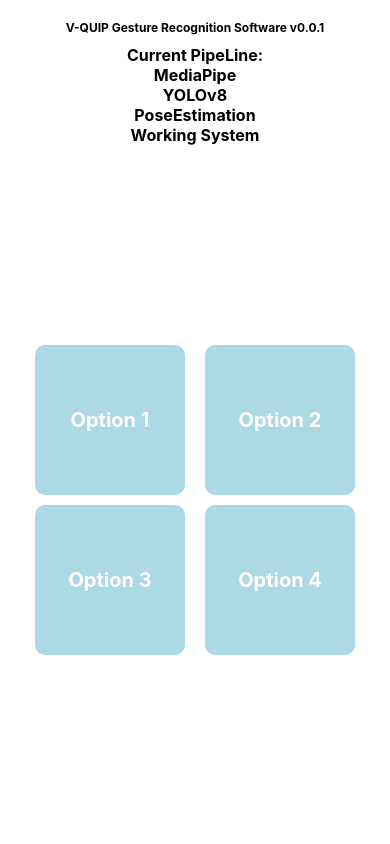
Repository: hajin-park/V-QUIP
Page: / (app in frontend/react-native-app/)
These files come from the project's save history. The page is drawn as it stood at one moment and after the next save; the edit follows.
The browser window is 390 px wide. The pictures show the whole page.
The app was drawn by React Native's web renderer in a window 390 px wide. The project was rebuilt for these pictures with package versions that can differ from the ones it lists, and the page was loaded fresh each time.

Above is the page before, as saved 2024-03-28 20:43:02.

After the next save:
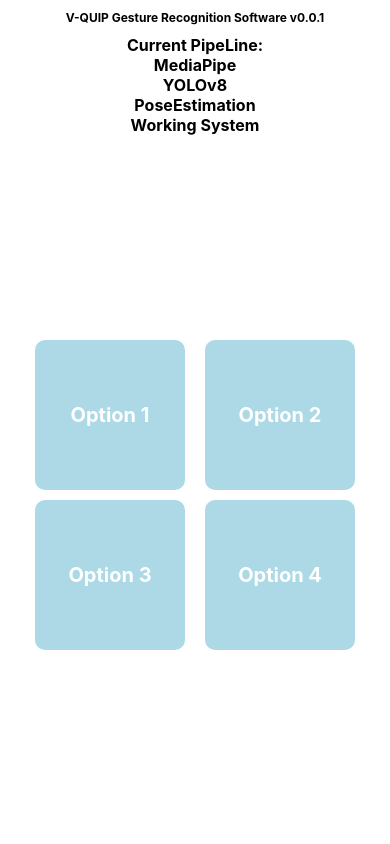
Saved 15 h 39 min later.
--- a/frontend/react-native-app/App.js
+++ b/frontend/react-native-app/App.js
@@ -48,7 +48,7 @@ const styles = StyleSheet.create({
   title: {
     fontSize: 12,
     fontWeight: 'bold',
-    marginTop: 20,
+    marginTop: 10,
     marginBottom: 10,
     textAlign: 'center',
   },
